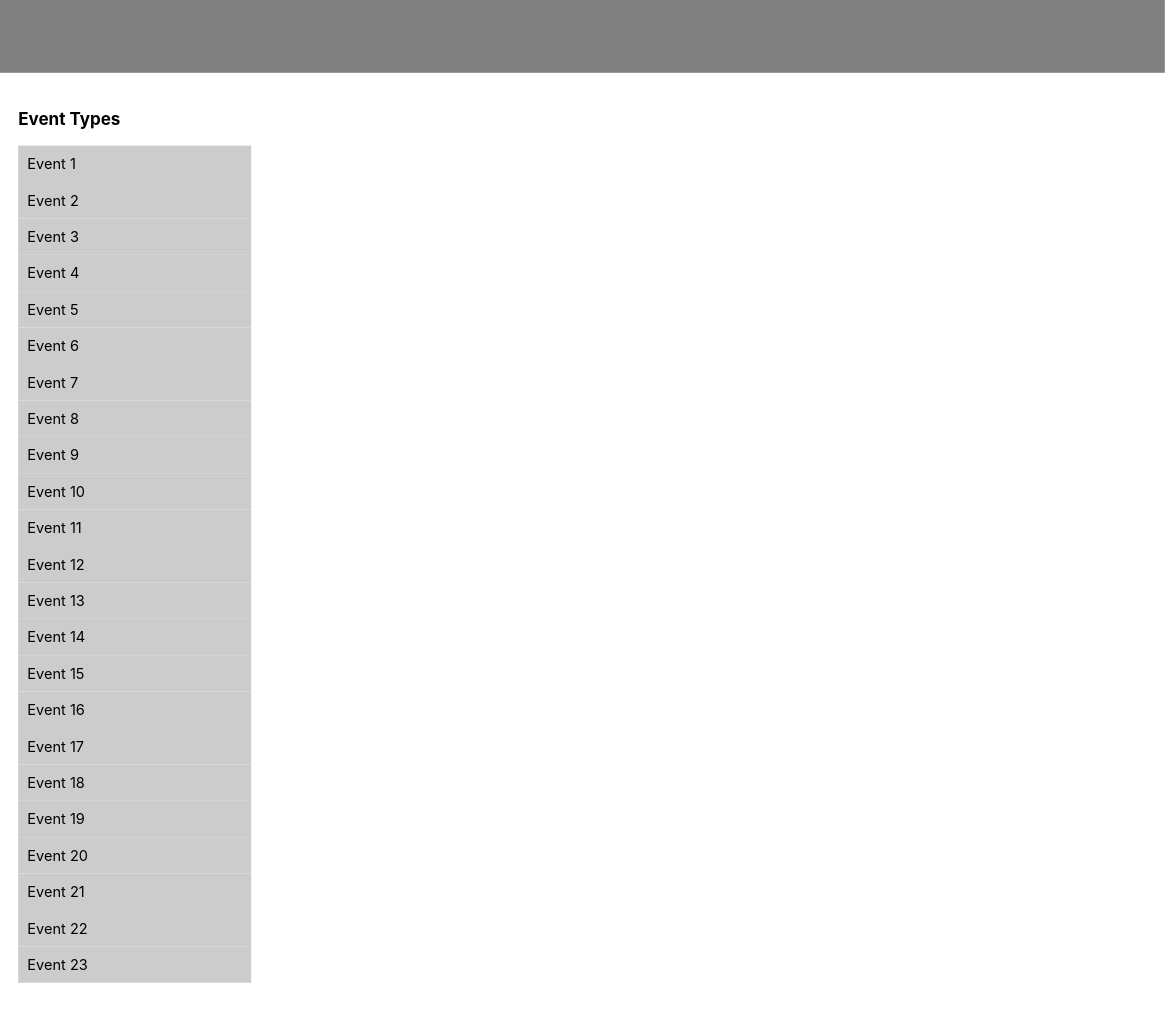
Repository: TauqeerHusain/Assignment
Page: /
These files come from the project's save history. The page is drawn as it stood at one moment and after the next save; the edit follows.
The browser window is 1280 px wide. The pictures show the whole page, at 91% of full size.
The project was rebuilt for these pictures with package versions that can differ from the ones it lists, and the page was loaded fresh each time.

Above is the page before, as saved 2023-02-07 10:51:39.

After the next save:
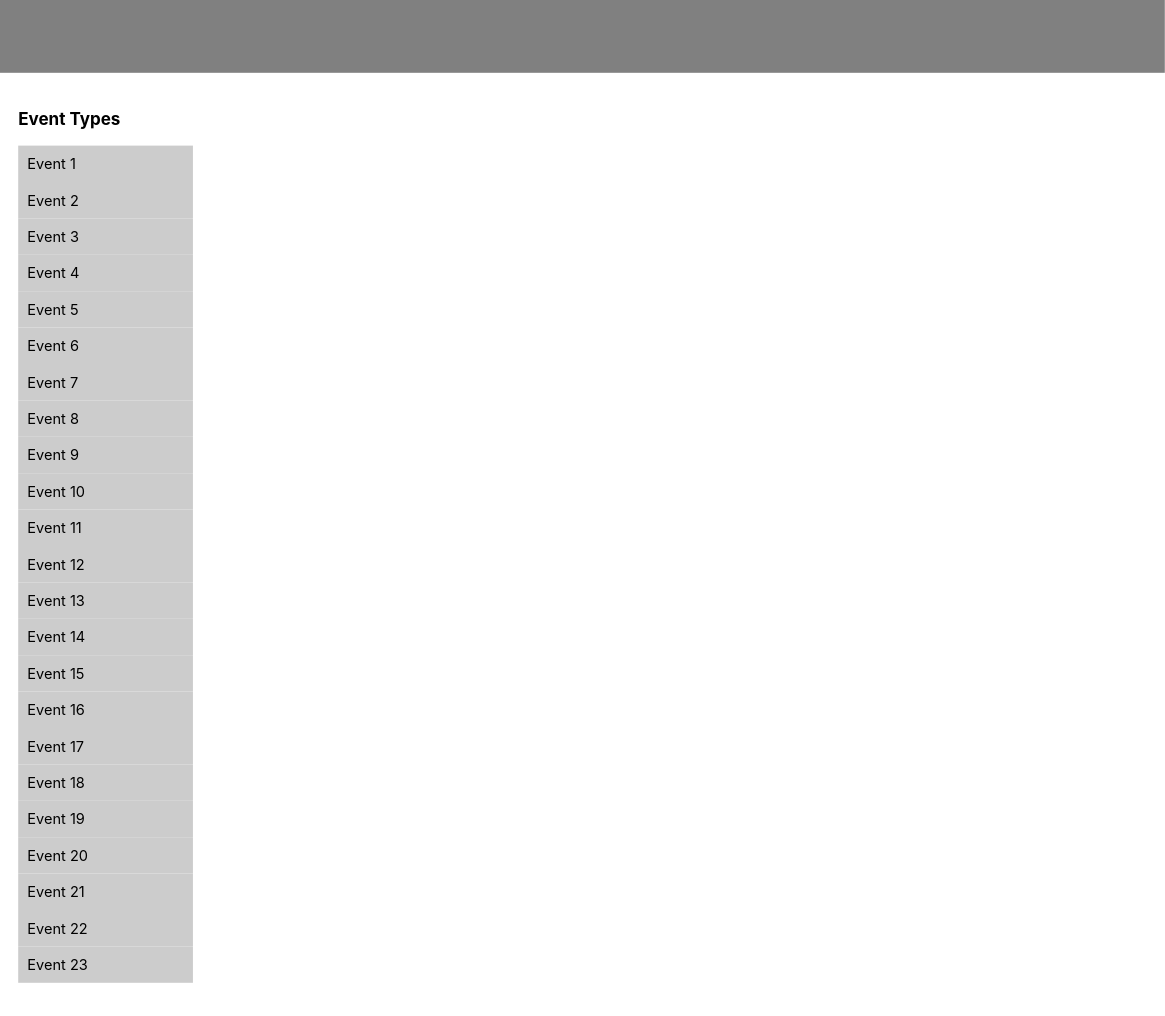
Saved 13 s later.
--- a/src/App.js
+++ b/src/App.js
@@ -215,7 +215,7 @@ const App = () => {
         </div>
       </nav>
       <div style={{ display: "flex" }}>
-        <div style={{ width: "20%", padding: "20px" }}>
+        <div style={{ width: "15%", padding: "20px" }}>
           <h3>Event Types</h3>
           <ul style={{ listStyleType: "none", padding: 0 }}>
             {events.map((event) => (
